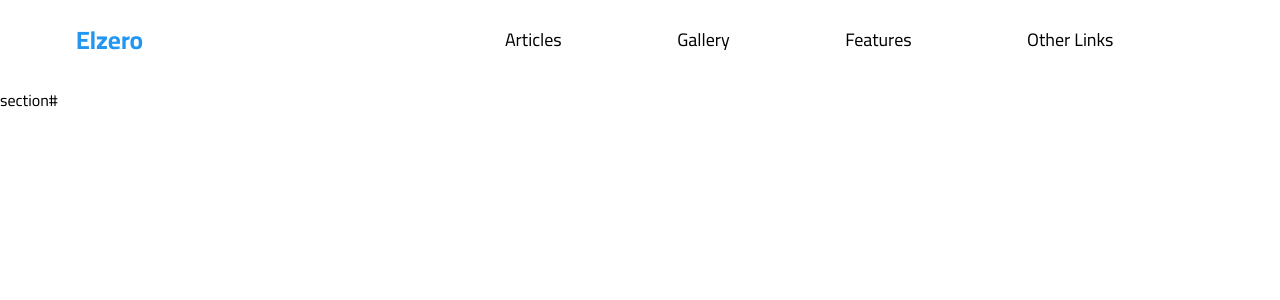
Repository: Toqa-25/elzeroAcdemey-Templete
Page: index.html
An editor plug-in stored every save of this project. The page is shown before and after a run of saves, followed by the edit.
The browser window is 1280 px wide. The pictures show the whole page.

Above is the page before, as saved 2022-01-16 20:52:20.

### index.html
<!DOCTYPE html>
<html lang="en">
<head>
    <meta charset="UTF-8">
    <meta http-equiv="X-UA-Compatible" content="IE=edge">
    <meta name="viewport" content="width=device-width, initial-scale=1.0">
    <!-- normalize file -->
    <link rel="stylesheet" href="css/normalize.css">
    <!-- css files -->
    <link rel="stylesheet" href="css/style.css">
    <!-- fontAwosem file -->
    <link rel="stylesheet" href="css/all.min.css">
     <!-- font files -->
     <link rel="preconnect" href="https://fonts.googleapis.com">
    <link rel="preconnect" href="https://fonts.gstatic.com" crossorigin>
    <link href="https://fonts.googleapis.com/css2?family=Cairo:wght@200;400;700;800;900&display=swap" rel="stylesheet">
    <!-- page title -->
    <title>templete 3</title>
</head>
<body>
    <!-- header section -->
    <header id="" class="">
        <div class="container">
            <div class="header-content">
                <div class="header-content-logo">
                    <a href="index.html" class="logo link-none">Elzero</a>
                </div>
                <nav>
                    <ul class="nav-list unlist">
                        <li class="nav-list-item"> <a href="" class="link-none  link-style" id="articles">articles</a></li>
                        <li class="nav-list-item"> <a href="" class="link-none  link-style" id="gallery">gallery</a></li>
                        <li class="nav-list-item"> <a href="" class="link-none  link-style" id="features">features</a></li>
                        <li class="nav-list-item" id="parent-other-links"> <a href="javascript:;" class="link-none  link-style " >other links</a>
                            <div class="other-links " id="child-other-links">
           <div class="other-links-content">
            <div class="other-links-content-img">
                <img src="images/header/Video files-amico.svg" alt="">
            </div>

            <ul class="other-links-list unlist">
            <div class="other-links-list-group-one">
              <li id="" class="other-links-list-item"><a href="" class="link-none  link-style "><i class="far fa-comments"></i> testimonials</a></li>
              <li id="" class="other-links-list-item"><a href="" class="link-none  link-style "><i class="far fa-user"></i> team member</a></li>
              <li id="" class="other-links-list-item"><a href="" class="link-none  link-style"><i class="far fa-building"></i> services</a></li>
              <li id="" class="other-links-list-item"><a href="" class="link-none  link-style"><i class="far fa-check-circle"></i> our skils</a></li>
              <li id="" class="other-links-list-item"><a href="" class="link-none  link-style"><i class="far fa-clipboard"></i> how it work</a></li>
            </div>
            <div class="other-links-list-group-one">
                <li id="" class="other-links-list-item"><a href="" class="link-none  link-style"><i class="far fa-calendar-alt"></i> events</a></li>
                <li id="" class="other-links-list-item"><a href="" class="link-none  link-style"><i class="fas fa-server"></i> pricing planes</a></li>
                <li id="" class="other-links-list-item"><a href="" class="link-none  link-style"><i class="far fa-play-circle"></i> top video</a></li>
                <li id="" class="other-links-list-item"><a href="" class="link-none  link-style"><i class="fas fa-chart-bar"></i> states</a></li>
                <li id="" class="other-links-list-item"><a href="" class="link-none  link-style"><i class="fas fa-percent"></i> request a discount</a></li>
            </div>
        </ul>
       </div>
       </div>
                        </li>

                    </ul>
                </nav>
            </div>
        </div>
    </header>
    <!-- welcom section -->
    section#


       <script src="script.js">

       </script>
</body>
</html>

### css/style.css
 /*
  - container
  -section head

 */
 /* global style */
 :root{
     /* --main-color:#45B2F8; */
     --main-color:#2196F3;
     --s-background:#ececec54;
     /* --s-background:#ecececa4; */
     --p-color:#D6ECEC;
 }

 *{
     box-sizing: border-box;
     margin: 0;
     padding: 0;
 }
html , body{
    width: 100%;
    height: 100%;
    margin: 0;
    padding: 0;
    overflow: hidden;
}
 body{
     font-family: "Cairo", sans-serif;
 }
 .container{
      width: 90%;
      margin:0 auto;
      /* padding: 15px 0; */
 }
 .link-none{
     text-decoration: none;
 }
 .unlist{
     list-style: none;
 }
 .link-style{
    font-size: 18px;
    text-transform: capitalize;
 }

 /* header style */
 header{
   margin-bottom: 10px;
 }
.header-content{
    display: flex;
    justify-content: space-between;
    align-items: center;
    padding: 10px 12px ;
    margin-bottom: 10px;
}
.logo{
    font-weight: bolder;
    font-size:25px;
    color:var(--main-color)
}

nav{
    width: 70%;
}
.nav-list{
    display: flex;
    justify-content: space-evenly;
    align-items: center;
}
.nav-list-item {
    cursor: pointer;
    color:#000;
    padding: 20px  25px;
    position: relative;
    transition: background-color .2s ;
    -webkit-transition: background-color .2s ;
    -moz-transition: background-color .2s ;
    -ms-transition: background-color .2s ;
    -o-transition: background-color .2s ;
}
.nav-list-item::before{
    content: "";
    height: 3px;
    width: 0;
    background-color: var(--main-color);
    position: absolute;
    top: 0px;
    left: 0;
    transition: width .6s;
    -webkit-transition: width .6s;
    -moz-transition: width .6s;
    -ms-transition: width .6s;
    -o-transition: width .6s;
}
.nav-list-item a{
        color:#000;
}

.nav-list-item:hover  {
    background-color: var(--s-background);
}
.nav-list-item:hover  a {
    color:var(--main-color);
}
.nav-list-item:hover::before{
        width: 100%;
}
#parent-other-links{
    position: relative;
}
#parent-other-links:hover #child-other-links{
    transform:translateY(20px) ;
    -webkit-transform:translateY(20px) ;
    -moz-transform:translateY(20px) ;
    -ms-transform:translateY(20px) ;
    -o-transform:translateY(20px) ;
}
/* media query for header*/
@media (max-width:767px){
    .header-content{
        flex-direction:column ;
        padding:5px 12px;
}
.header-content-logo{
    margin-bottom: 5px;
}
nav{
    width: 80%;
}
.nav-list-item{
    padding:17px 10px;
}
.nav-list-item a{
    font-size: 15px;
}
}
/********************************************************************************************/
/* style for other links */
.other-links{
 /*margin-top: 10px;
 */margin: 10 auto;
 transform: translatey(1000%);
 -webkit-transform: translatey(1000%);
 -moz-transform: translatey(1000%);
 -ms-transform: translatey(1000%);
 -o-transform: translatey(1000%);
 transition: transform .5s;
 -webkit-transition: transform .5s;
 -moz-transition: transform .5s;
 -ms-transition: transform .5s;
 -o-transition: transform .5s;
}
.other-links-content{
    display: flex;
    border-bottom: 4px solid var(--main-color);
    border-top: 2px solid var(--s-background);
}
.other-links-content-img{
    margin:auto;
}
.other-links-content-img img{
    width: 100%;
}
.other-links-list{
    width:55%;
    display: flex;
    justify-content: space-between;
    padding: 10px;
    align-items: center;
}
.other-links-list-group-one{
    width:45%
}
.other-links-list-item{
    padding: 15px ;
    border-bottom: 1px solid rgba(0, 0, 0, 0.337);
    position: relative;
    cursor: pointer;

}
.other-links-list-item:last-child{
    border:none;
}
.other-links-list-item::before{
    content:"";
    position: absolute;
    top: 0;
    left: 0;
    height: 100%;
    width: 0%;
    background-color: var(--s-background);
    transition:width .5s;
    -webkit-transition:width .5s;
    -moz-transition:width .5s;
    -ms-transition:width .5s;
    -o-transition:width .5s;
}
.other-links-list-item:hover::before{
    width: 100%;
}
.other-links-list-item a{
    font-weight: bold;
    color:var(--main-color)
}
.other-links-list-item > a > i{
 margin-right: 10px;
}
.other{
    transform: translatey(20px);
    -webkit-transform: translatey(20px);
    -moz-transform: translatey(20px);
    -ms-transform: translatey(20px);
    -o-transform: translatey(20px);
}
#child-other-links{
    width:85vw;
    position: absolute;
    right: 5px;
    /* background-color: violet; */
}
@media(max-width:991px){
    #child-other-links{
     width:87vw;
    }
     .other-links-content-img{
        display: none;
    }
    .other-links-list{
        width: 100%;
    }
}
@media(max-width:767px){
    #child-other-links{
        width:100vw;
        margin-right: -166px;
    }
     .other-links-list{
        flex-direction: column;
    }
        .other-links-list-group-one{
    width:100%;
}
.other-links-list-item:last-child{
    border-bottom: 1px solid rgba(0, 0, 0, 0.337);
}
 .other-links-list-item a{
     font-size: 18px;
 }
}

### script.js
let otherParent = document.getElementById("parent-other-links");
let otherChild = document.getElementById("child-other-links");
otherParent.onclick = function () {
  otherChild.classList.toggle("other");
};

Loaded but not shown: css/normalize.css (library); css/all.min.css (library)

After the next 3 saves:
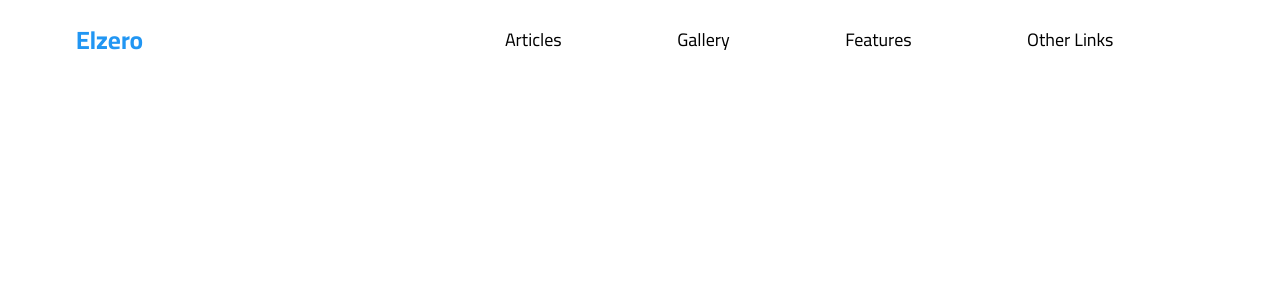
The 3 saves are shown as one change because they came seconds apart.
The last was saved 10 s later.
--- a/index.html
+++ b/index.html
@@ -63,7 +63,9 @@
         </div>
     </header>
     <!-- welcom section -->
-    section#
+    <section id="welcome">
+
+    </section>
 
 
        <script src="script.js">
